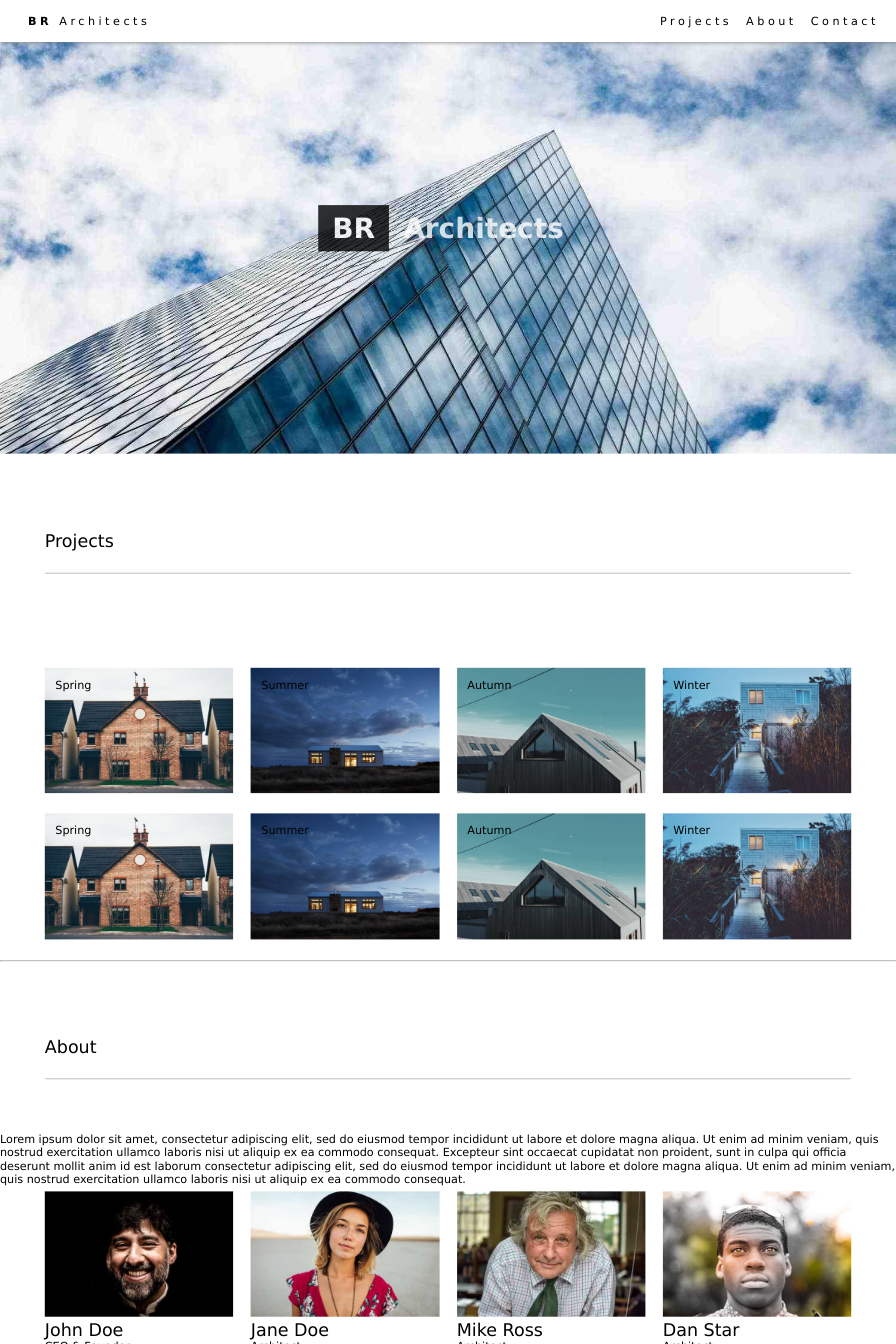
Repository: hesshess/clonecoding-assignment
Page: 2-ba-architects/template2.html
An editor plug-in stored every save of this project. The page is shown before and after the next save, followed by the edit.
The browser window is 1280 px wide. The pictures show the part of the page from y = 0 to 1920 px (the page is 3636 px tall), at 70% of full size.

Above is the page before, as saved 2022-03-15 20:06:55.

### 2-ba-architects/template2.html
<!DOCTYPE html>
<html>
  <head>
    <title>이젠-풀스택-클론코딩2</title>
    <meta charset="UTF-8" />
    <meta name="viewport" content="width=device-width, initial-scale=1" />
    <link rel="stylesheet" href="template2.css" />
  </head>
  <body>
    <!-- Navbar (sit on top) -->
    <nav id="navbar">
      <div class="navbar__logo">
        <a href="#home" class="bar-item"><b>BR</b> Architects</a>
      </div>
      <!-- Right-sided navbar links. Hide them on small screens -->
      <div class="navbar__menu">
        <a href="#projects" class="bar-item">Projects</a>
        <a href="#about" class="bar-item">About</a>
        <a href="#contact" class="bar-item">Contact</a>
      </div>
    </nav>

    <header id="home">
      <img src="./img/architect.jpg" alt="Architect" style=/>
      <h1><span class="br">BR</span><span class="arc">Architects</span></h1>
    </header>

    <content>
      <!-- About Section -->
      <section id="projects">
        <div class="title-box">
          <h3>Projects</h3>
        </div>
        <div class="list-box">
          <div class="houses">
            <img src="./img/house2.jpg" alt="house" />
            <div class="house__name">Spring</div>
          </div>
          <div class="houses">
            <img src="./img/house3.jpg" alt="house" />
            <div class="house__name">Summer</div>
          </div>
          <div class="houses">
            <img src="./img/house4.jpg" alt="house" />
            <div class="house__name">Autumn</div>
          </div>
          <div class="houses">
            <img src="./img/house5.jpg" alt="house" />
            <div class="house__name">Winter</div>
          </div>
          <div class="houses">
            <img src="./img/house2.jpg" alt="house" />
            <div class="house__name">Spring</div>
          </div>
          <div class="houses">
            <img src="./img/house3.jpg" alt="house" />
            <div class="house__name">Summer</div>
          </div>
          <div class="houses">
            <img src="./img/house4.jpg" alt="house" />
            <div class="house__name">Autumn</div>
          </div>
          <div class="houses">
            <img src="./img/house5.jpg" alt="house" />
            <div class="house__name">Winter</div>
          </div>
        </div>
      </section>

      <hr />

      <!-- Menu Section -->
      <section id="about">
        <div class="title-box">
          <h3>About</h3>
        </div>
        <p>
          Lorem ipsum dolor sit amet, consectetur adipiscing elit, sed do
          eiusmod tempor incididunt ut labore et dolore magna aliqua. Ut enim ad
          minim veniam, quis nostrud exercitation ullamco laboris nisi ut
          aliquip ex ea commodo consequat. Excepteur sint occaecat cupidatat non
          proident, sunt in culpa qui officia deserunt mollit anim id est
          laborum consectetur adipiscing elit, sed do eiusmod tempor incididunt
          ut labore et dolore magna aliqua. Ut enim ad minim veniam, quis
          nostrud exercitation ullamco laboris nisi ut aliquip ex ea commodo
          consequat.
        </p>
        <div class="team-box">
          <div class="team-mem">
            <img src="./img/team2.jpg" alt="John" />
            <h3>John Doe</h3>
            <p>CEO & Founder</p>
            <p>
              Phasellus eget enim eu lectus faucibus vestibulum. Suspendisse
              sodales pellentesque elementum.
            </p>
            <p><button>Contact</button></p>
          </div>
          <div class="team-mem">
            <img src="./img/team1.jpg" alt="Jane" />
            <h3>Jane Doe</h3>
            <p>Architect</p>
            <p>
              Phasellus eget enim eu lectus faucibus vestibulum. Suspendisse
              sodales pellentesque elementum.
            </p>
            <p><button>Contact</button></p>
          </div>
          <div class="team-mem">
            <img src="./img/team3.jpg" alt="Mike" />
            <h3>Mike Ross</h3>
            <p>Architect</p>
            <p>
              Phasellus eget enim eu lectus faucibus vestibulum. Suspendisse
              sodales pellentesque elementum.
            </p>
            <p><button>Contact</button></p>
          </div>
          <div class="team-mem">
            <img src="./img/team4.jpg" alt="Dan" />
            <h3>Dan Star</h3>
            <p>Architect</p>
            <p>
              Phasellus eget enim eu lectus faucibus vestibulum. Suspendisse
              sodales pellentesque elementum.
            </p>
            <p><button>Contact</button></p>
          </div>
        </div>
      </section>

      <hr />

      <!-- Contact Section -->
      <section id="contact">
        <h3>Contact</h3>
        <p>Lets get in touch and talk about your next project.</p>
        <form>
          <input type="text" placeholder="Name" required name="Name" />
          <input type="text" placeholder="Email" required name="Email" />
          <input type="text" placeholder="Subject" required name="Subject" />
          <input type="text" placeholder="Comment" required name="Comment" />
          <button type="submit"><i></i> SEND MESSAGE</button>
        </form>
      </section>
      <section class="map">
        <img src="./img/map.jpg" />
      </section>

      <!-- End page content -->
    </content>
    <!-- Footer -->
    <footer>
      <p>
        Powered by
        <a
          href="https://www.w3schools.com/w3css/default.asp"
          title="W3.CSS"
          target="_blank"
          class="w3-hover-text-green"
          >w3.css</a
        >
      </p>
    </footer>
  </body>
</html>

### 2-ba-architects/template2.css
* {
  margin: 0;
  box-sizing: border-box;
}

body {
  width: 100%;
  height: 100%;
  font-family: Verdana, sans-serif;
}

h1 {
  font-size: 40px;
}
h2 {
  font-size: 30px;
}
h3 {
  font-size: 25px;
  font-weight: 100;
}
h4 {
  font-size: 20px;
}
h5 {
  font-size: 15px;
}
h6 {
  font-size: 10px;
}
img {
  max-width: 100%;
}

#navbar {
  width: 100%;
  height: 3%;
  background-color: white;
  display: flex;
  justify-content: space-between;
  align-items: center;
  position: fixed;
  letter-spacing: 5px;
  box-shadow: 0px 2px 6px grey;
  z-index: 3;
  padding: 30px;
}
.navbar__logo {
  padding: 0;
}
.navbar__menu {
  width: 26%;
  display: flex;
  justify-content: space-around;
  padding-right: 20px;
}
a {
  padding: 10px;
  text-decoration: none;
  color: black;
}
a:hover {
  background-color: lightgray;
  border-radius: 1px;
}

header {
  position: relative;
  display: block;
}
header > img {
  width: 100%;
  height: 90vh;
}
header span {
  padding: 10px 20px;
}
header span.br {
  padding: 10px 20px;
  background: black;
}

header h1 {
  position: absolute;
  top: 50%;
  left: 50%;
  transform: translate(-50%, -50%);
  color: white;
  opacity: 0.8;
}

input {
  border: none;
  width: 100%;
  padding: 15px;
  font-family: inherit;
  border-bottom: 2px solid lightgray;
}
button {
  border: none;
  margin: 30px 0;
}

footer {
  display: flex;
  width: 100%;
  height: 100px;
  justify-content: center;
  align-items: center;
  background: #f1f1f1;
}
section {
  height: 100vh;
  display: flex;
  flex-direction: column;
}
div.title-box {
  display: flex;
  align-items: center;
  width: 100vw;
  height: 20vh;
  margin: 50px 0px;
}
div.title-box h3 {
  margin: auto;
  width: 90%;
  padding: 30px 0;
  border-bottom: 2px solid lightgray;
}
div.list-box {
  margin: auto;
  width: 90%;
  display: grid;
  gap: 25px;
  height: 50vh;
  grid-template:
    'box box box box' 1fr
    'box box box box' 1fr / 1fr 1fr 1fr 1fr;
}

div.houses {
  position: relative;
}
div.house__name {
  position: absolute;
  top: 0;
  bottom: 0;
  padding: 15px;
}

div.team-box {
  margin: auto;
  width: 90%;
  display: grid;
  gap: 25px;
  grid-template: 'box box box box' 1fr / 1fr 1fr 1fr 1fr;
}

After the next save:
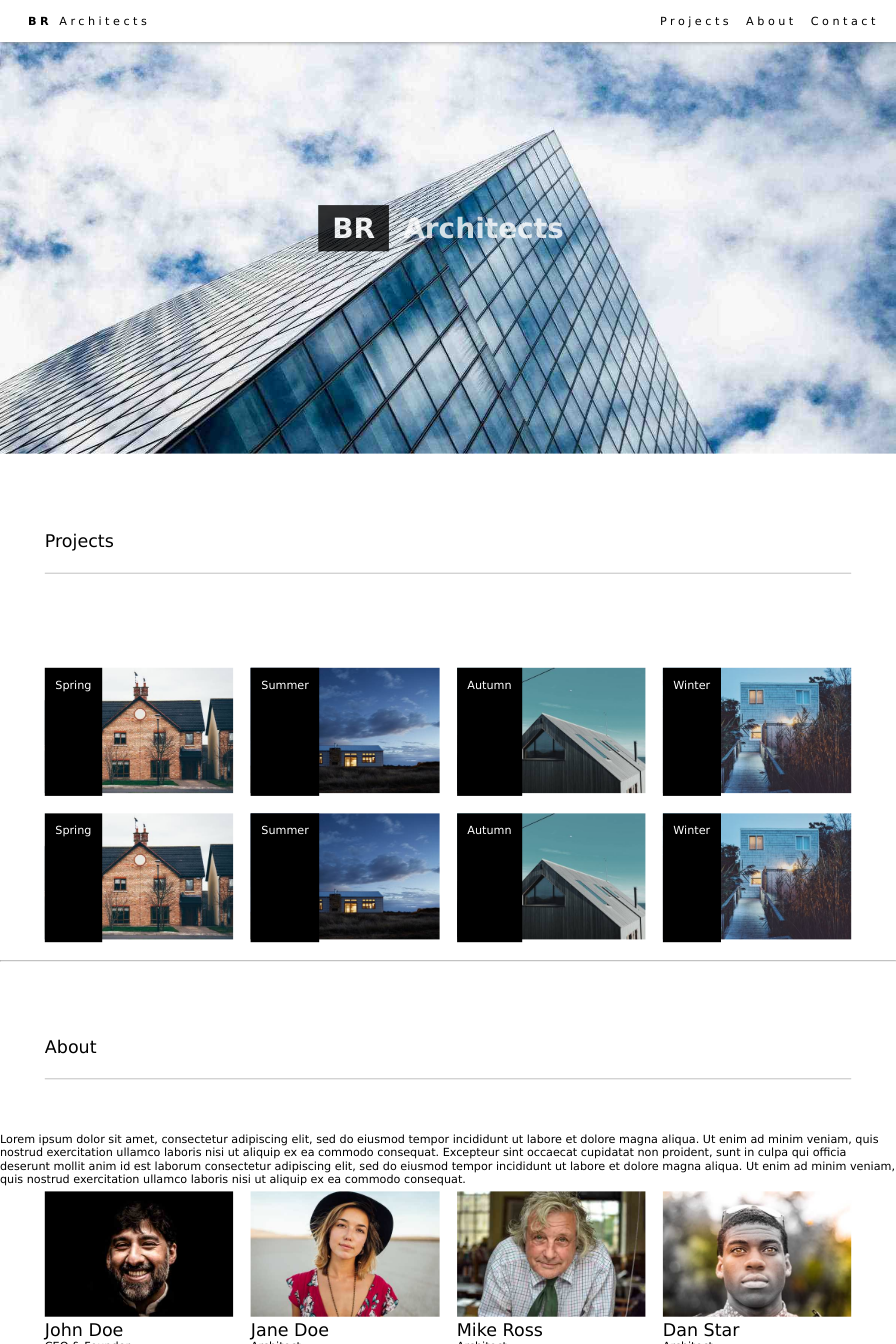
Saved 28 s later.
--- a/2-ba-architects/template2.css
+++ b/2-ba-architects/template2.css
@@ -146,6 +146,8 @@ div.house__name {
   top: 0;
   bottom: 0;
   padding: 15px;
+  color: white;
+  background-color: black;
 }
 
 div.team-box {
